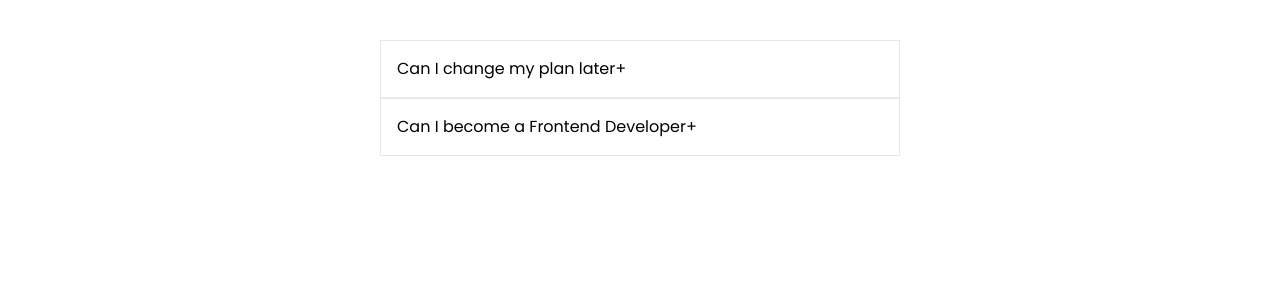
Repository: ThanhPhongsof/React-Course
Page: /
These files come from the project's save history. The page is drawn as it stood at one moment and after the next save; the edit follows.
The browser window is 1280 px wide. The pictures show the whole page.
The project was rebuilt for these pictures with package versions that can differ from the ones it lists, and the page was loaded fresh each time. Also part of the build but not shown: src/components/advanced-react/react-composition/AccordionContent.js, src/components/advanced-react/react-composition/Edittable.js.

Above is the page before, as saved 2022-04-24 12:04:19.

After the next save:
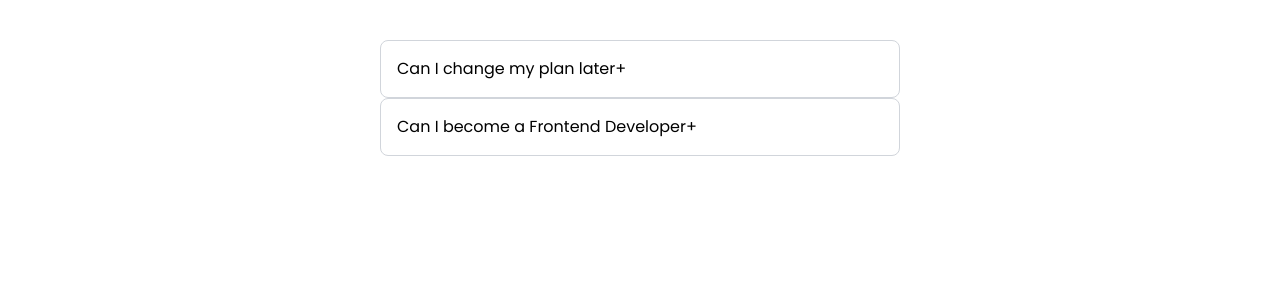
Saved 15 s later.
--- a/src/components/advanced-react/react-composition/AccordionHeader.js
+++ b/src/components/advanced-react/react-composition/AccordionHeader.js
@@ -3,7 +3,7 @@ import React from "react";
 const AccordionHeader = ({ show, handleToggleShow, children }) => {
   return (
     <div
-      className="p-4 border border-gray-200 cursor-pointer header"
+      className="p-4 border border-gray-300 rounded-lg cursor-pointer header"
       onClick={handleToggleShow}
     >
       <span>{children}</span>
